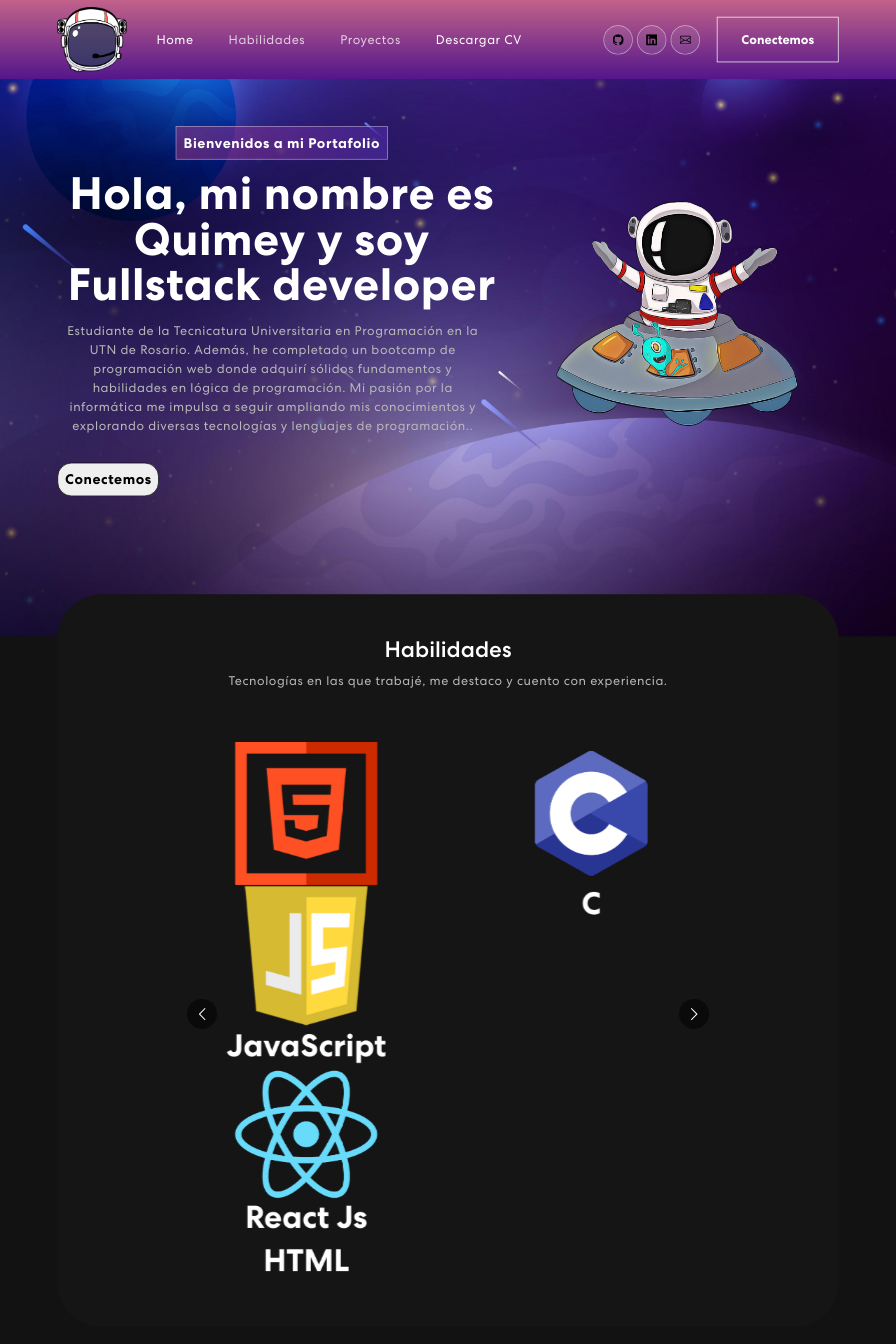
Repository: QuimeyAlejo/Portafolio-V2
Page: /
These files come from the project's save history. The page is drawn as it stood at one moment and after the next save; the edit follows.
The browser window is 1280 px wide. The pictures show the part of the page from y = 0 to 1920 px (the page is 3682 px tall before and 3204 px after), at 70% of full size.
The project was rebuilt for these pictures with package versions that can differ from the ones it lists, and the page was loaded fresh each time. Imported but missing from the stored project, and not drawn on this page: src/components/Curriculum/QuimeyAlejoLopezDeveloper.pdf.

Above is the page before, as saved 2024-04-29 11:00:47.

### public/index.html
<!DOCTYPE html>
<html lang="en">
  <head>
    <meta charset="utf-8" />
    <link rel="icon" href="/gsd.png" />
    <meta name="viewport" content="width=device-width, initial-scale=1" />
    <meta name="theme-color" content="#000000" />
    <meta
      name="description"
      content="Web site created using create-react-app"
    />
    <link rel="apple-touch-icon" href="/gsd.png" />
    <!--
      manifest.json provides metadata used when your web app is installed on a
      user's mobile device or desktop. See https://developers.google.com/web/fundamentals/web-app-manifest/
    -->
    <link rel="manifest" href="%PUBLIC_URL%/manifest.json" />
    <!--
      Notice the use of %PUBLIC_URL% in the tags above.
      It will be replaced with the URL of the `public` folder during the build.
      Only files inside the `public` folder can be referenced from the HTML.

      Unlike "/favicon.ico" or "favicon.ico", "%PUBLIC_URL%/favicon.ico" will
      work correctly both with client-side routing and a non-root public URL.
      Learn how to configure a non-root public URL by running `npm run build`.
    -->
    <title>Quimey Alejo Lopez</title>
  </head>
  <body>
    <noscript>You need to enable JavaScript to run this app.</noscript>
    <div id="root"></div>
    <!--
      This HTML file is a template.
      If you open it directly in the browser, you will see an empty page.

      You can add webfonts, meta tags, or analytics to this file.
      The build step will place the bundled scripts into the <body> tag.

      To begin the development, run `npm start` or `yarn start`.
      To create a production bundle, use `npm run build` or `yarn build`.
    -->
  </body>
</html>

### src/pages/Home.jsx
import React from 'react'
import NavBar from '../components/NavBar/NavBar'
import Banner from '../components/Banner/Banner'
import Skills from '../components/Skills/Skills'
import Projects from '../components/Projects/Projects'
import Contact from '../components/Contact/Contact'
import Footer from '../components/Footer/Footer'

function Home() {
  return (
    <div>
        <NavBar/>
        <Banner />
        <Skills />
        <Projects />
        <Contact />
        <Footer />
    </div>
  )
}

export default Home

### src/components/NavBar/NavBar.jsx
import React, {useState, useEffect} from 'react';
import Container from 'react-bootstrap/Container';
import Nav from 'react-bootstrap/Nav';
import Navbar from 'react-bootstrap/Navbar';
import logo from '../../assets/img/logo.png';
import logogith from '../../assets/img/github.svg'
import logolink from '../../assets/img/linkedin.svg'
import logomail from '../../assets/img/envelope.svg'
import CV from '../Curriculum/QuimeyAlejoLopezDeveloper.pdf'



function NavBar() {

    const [activeLink, setActiveLink] = useState('home');
    const [scrolled, setScrolled] = useState(false)

    useEffect(() => {
        if (window.scrollY > 50) {
            setScrolled(true)
        }else{
            setScrolled(false)
        }

        window.addEventListener('scroll', onscroll)
        return () => window.removeEventListener('scroll', onscroll)
    }, [])

    const onUpdateActiveLink = (value) => {
        setActiveLink(value);
    }

  return (
    <Navbar expand="lg" className={scrolled ? 'scrolled' : '' }>
      <Container>
        <Navbar.Brand href="#home">
            <img className='imgLogo' src={logo} alt='logo'/>
        </Navbar.Brand>
        <Navbar.Toggle aria-controls="basic-navbar-nav">
            <span className='navbar-toggler-icon'></span>
        </Navbar.Toggle>
        <Navbar.Collapse id="basic-navbar-nav">
          <Nav className="me-auto">
          <Nav.Link href="#home" className={activeLink === 'home' ? 'active navbar-link' : 'navbar-link'} onClick={() => onUpdateActiveLink('home')}>Home</Nav.Link>
            <Nav.Link href="#skills" className={activeLink === 'skills' ? 'active navbar-link' : 'navbar-link'} onClick={() => onUpdateActiveLink('skills')}>Habilidades</Nav.Link>
            <Nav.Link href="#projects" className={activeLink === 'projects' ? 'active navbar-link' : 'navbar-link'} onClick={() => onUpdateActiveLink('projects')}>Proyectos</Nav.Link>

           <Nav.Link href={CV} download className={activeLink === 'home' ? 'active navbar-link' : 'navbar-link'}>Descargar CV</Nav.Link>
          </Nav>
          <span className="navbar-text">
            <div className="social-icon">
                <a href='https://github.com/QuimeyAlejo'><img src={logogith} alt='logogit'/></a>
                <a href='https://www.linkedin.com/in/quimey-alejo-lopez-199431202/'><img src={logolink} alt='logolinked'/></a>
                <a href='mailto:qalopez2000@gmail.com'><img src={logomail} alt="logomail" /></a>
            </div>
            <a href='mailto:qalopez2000@gmail.com'><button className='vvd'><span>Conectemos</span></button></a>
          </span>
        </Navbar.Collapse>
      </Container>
    </Navbar>
  )
}

export default NavBar

### src/components/Banner/Banner.jsx
import React, { useState, useEffect } from "react";
import { Col, Container, Row } from "react-bootstrap";
import Aos from "aos";
import "aos/dist/aos.css";
import headerImg from "../../assets/img/astronauta4.png";
import styles from "./banner.module.css";

function Banner() {
  const [loopNum, setLoopNum] = useState(0);
  const [isDeleting, setIsDeleting] = useState(false);
  const [text, setText] = useState("");
  const [delta, setDelta] = useState(300 - Math.random() * 100);
  const toRotate = ["Fullstack developer"];
  const period = 2000;

  useEffect(() => {
    let ticker = setInterval(() => {
      tick();
    }, delta);

    return () => {
      clearInterval(ticker);
    };
  }, [text]);

  function tick() {
    let i = loopNum % toRotate.length;
    let fullText = toRotate[i];
    let updatedText = isDeleting
      ? fullText.substring(0, text.length - 1)
      : fullText.substring(0, text.length + 1);

    setText(updatedText);

    if (isDeleting) {
      setDelta((prevDelta) => prevDelta / 2);
    }

    if (!isDeleting && updatedText === fullText) {
      setIsDeleting(true);
      setDelta(period);
    } else if (isDeleting && updatedText === "") {
      setIsDeleting(false);
      setLoopNum(loopNum + 1);
      setDelta(500);
    }
  }

  useEffect(() => {
    Aos.init({ duration: 1000 });
  }, []);

  return (
    <section className={styles.banner} id="home">
      <Container>
        <Row className="align-items-center">
          <Col xs={12} md={6} xl={7}>
            <div className="" data-aos="fade-right">
              <span className={styles.tagline}>
                Bienvenidos a mi Portafolio
              </span>
              <h1>
                {"Hola, mi nombre es Quimey y soy "}
                <span className={styles.wrap}>{text}</span>
              </h1>
              <p>
             Estudiante de la Tecnicatura Universitaria en Programación en la UTN de Rosario. Además, he
completado un bootcamp de programación web donde adquirí sólidos fundamentos y habilidades en
lógica de programación. Mi pasión por la informática me impulsa a seguir ampliando mis
conocimientos y explorando diversas tecnologías y lenguajes de programación..{" "}
              </p>
              <a href='mailto:devquimeyalopez@gmail.com'>
                <button>Conectemos</button>
              </a>
            </div>
          </Col>
          <Col xs={12} md={6} xl={5}>
            <div className="" data-aos="fade-left">
              <img
                className={styles.imgBanner}
                src={headerImg}
                alt="Headder Img"
              />
            </div>
          </Col>
        </Row>
      </Container>
    </section>
  );
}

export default Banner;

### src/components/Skills/Skills.jsx
import React from 'react'
import styles from './skills.module.css'
import { Container, Row, Col } from 'react-bootstrap';
import Carousel from 'react-multi-carousel';
import logohtml from '../../assets/img/html.png'
import logocss from '../../assets/img/css.png'
import logojs from '../../assets/img/javascript.png'
import logoreact from '../../assets/img/react.png'
import logoredux from '../../assets/img/redux.png'
import logobootstrap from '../../assets/img/bootstrap.png'
import logonode from '../../assets/img/node.png'
import logoexpress from '../../assets/img/express.png'
import logopost from '../../assets/img/postgresql.png'
import logoseq from '../../assets/img/sequelize.png'
import colorSharp from '../../assets/img/color-sharp.png'
import logoC from "../../assets/img/C.png"

function Skills() {
    const responsive = {
        superLargeDesktop: {
          // the naming can be any, depends on you.
          breakpoint: { max: 4000, min: 3000 },
          items: 5
        },
        desktop: {
          breakpoint: { max: 3000, min: 1024 },
          items: 3
        },
        tablet: {
          breakpoint: { max: 1024, min: 464 },
          items: 2
        },
        mobile: {
          breakpoint: { max: 464, min: 0 },
          items: 1
        }
      };
  return (
    <section className={styles.skill} id='skills'>
        <Container>
            <Row>
                <Col>
                    <div className={styles.skillbx}>
                        <h2>
                            Habilidades
                        </h2>
                        <p>Tecnologías en las que trabajé, me destaco y cuento con experiencia.</p>
                        <Carousel responsive={responsive} infinite={true} className={styles.skillSlider}>
                            <div className={styles.image}>
                                <img className={styles.imgCar} src={logohtml} alt="logo html" />
                            <div className={styles.image}>
                                <img className={styles.imgCar} src={logojs} alt="logo js" />
                                <h5>JavaScript</h5>
                            </div>
                            <div className={styles.image}>
                                <img className={styles.imgCar} src={logoreact} alt="logo react" />
                                <h5>React Js</h5>
                            </div>
                                <h5>HTML</h5>
                            </div>
                            <div className={styles.image}>
                                <img className={styles.imgCar} src={logoC} alt="logo html" />
                                <h5>C</h5>
                            </div>
                            <div className={styles.image}>
                                <img className={styles.imgCar} src={logocss} alt="logo css" />
                                <h5>CSS</h5>
                            </div>
                            <div className={styles.image}>
                                <img className={styles.imgCar} src={logoreact} alt="logo react" />
                                <h5>React Js</h5>
                            </div>
                            <div className={styles.image}>
                                <img className={styles.imgCar} src={logoredux} alt="logo redux" />
                                <h5>Redux</h5>
                            </div>
                            <div className={styles.image}>
                                <img className={styles.imgCar} src={logobootstrap} alt="logo bootstrap" />
                                <h5>Bootstrap</h5>
                            </div>

                            <div className={styles.image}>
                                <img className={styles.imgCar} src={logoexpress} alt="logo express" />
                                <h5>Express Js</h5>
                            </div>
                            <div className={styles.image}>
                                <img className={styles.imgCar} src={logopost} alt="logo postgresql" />
                                <h5>PostgreSQL</h5>
                            </div>
                            <div className={styles.image}>
                                <img className={styles.imgCar} src={logoseq} alt="logo sequelize" />
                                <h5>Sequelize</h5>
                            </div>
                        </Carousel>
                    </div>
                </Col>
            </Row>
        </Container>
        <img className={styles.backgroundImageLeft} src={colorSharp} alt="colorsharp" />
    </section>
  )
}

export default Skills

### src/components/Footer/Footer.jsx
import React from 'react';
import { Col, Container, Row } from 'react-bootstrap';
import logo from '../../assets/img/logo.png';
import logogith from '../../assets/img/github.svg';
import logolink from '../../assets/img/linkedin.svg';
import logomail from '../../assets/img/envelope.svg'
import './footer.css'


function Footer() {
  return (
    <footer className='footer'>
        <Container>
            <Row className='align-item-center'>
                <Col sm={6}>
                    <img className='imgLogo' src={logo} alt="logo footer" />
                </Col>
                <Col sm={6} className='text-center text-sm-end'>
                    <div className='social-icon'>
                        <a href='https://github.com/QuimeyAlejo'> <img src={logogith} alt="logo gith" /> </a>
                        <a href='https://www.linkedin.com/in/quimey-alejo-lopez-199431202/'> <img src={logolink} alt="logo link" /> </a>
                        <a href='devquimeyalopez@gmail.com'><img src={logomail} alt="logomail" /></a>
                    </div>
                    <p>CopyRight 2024. All Right Reserved</p>
                </Col>
            </Row>
        </Container>
    </footer>
  )
}

export default Footer

### src/components/Banner/banner.module.css
.imgBanner{
    width: 100%;
}
.banner{
    margin-top: -80px;
    padding: 260px 0 200px 0;
    background-image: url(../../assets/img/5437630.jpg);
    /* background-image: url(../../assets/img/html.jpg); */
    background-position: top center;
    background-size: cover;
    background-repeat: no-repeat;
}
.banner .tagline {
    font-weight: 700;
    letter-spacing: 0.8px;
    padding: 8px 10px;
    background: linear-gradient(90.21deg, rgba(170, 54, 124, 0.5) -5.91%, rgba(74, 47, 189, 0.5) 111.58%);
    border: 1px solid rgba(255, 255, 255, 0.5);
    font-size: 20px;
    margin-bottom: 16px;
    display: inline-block;
}
.banner h1 {
    font-size: 65px;
    font-weight: 700;
    letter-spacing: 0.8px;
    line-height: 1;
    margin-bottom: 20px;
    display: block;
}
.banner p {
    color: #b8b8b8;
    font-size: 18px;
    letter-spacing: 0.8px;
    line-height: 1.5em;
    width: 96%;
}
.banner button {
    /* color: #fff; */
    font-weight: 700;
    font-size: 20px;
    padding: 8px 10px;
    border: 1px solid black;
    border-radius: 20px;
    margin-top: 40px;
    letter-spacing: 0.8px;
    display: flex;
    align-items: center;
}
.banner a {
    text-decoration: none;
}
.banner button svg {
    margin-left: 5px;
}
.banner button:hover svg {
    margin-left: 25px;
}
.banner img {
    animation: updown 3s linear infinite;
}
@keyframes updown {
    0% {
        transform: translateY(-20px);
    }
    50% {
        transform: translateY(20px);
    }
    100% {
        transform: translateY(-20px);
    }
}
.txt-rotate > .wrap {
    border-right: 0.08em solid #666;
}

### src/components/Skills/skills.module.css
.skill {
    padding: 0 0 50px 0;
    position: relative;
}
.skillbx {
    background: #151515;
    border-radius: 64px;
    text-align: center;
    padding: 60px 50px;
    margin-top: -60px;
}
.skill h5 {
    font-size: 45px;
    font-weight: 700;
}
.skill p {
    color: #b8b8b8;
    font-size: 18px;
    letter-spacing: 0.8px;
    line-height: 1.5rem;
    margin: 14px 0 75px 0;
}
.skillSlider {
    width: 80%;
    margin: 0 auto;
    position: relative;
}
.skillSlider .item img{
    width: 50%;
    margin: 0 auto 15px auto;
}
.imgCar {
    width: 50%;
}
.backgroundImageLeft {
    top: 28%;
    position: absolute;
    bottom: 0;
    width: 40%;
    z-index: -4;
}

### src/components/Contact/contact.css
.contact {
  background: linear-gradient(90.21deg, #aa367c -5.91%, #4a2fbd 111.58%);
  padding: 100px 0 200px 0;
}
.contact img {
  width: 92%;
}
.contact h2 {
  font-size: 45px;
  font-weight: 700;
  margin-bottom: 30px;
}
.contact form input,
.contact form textarea {
  width: 100%;
  background: rgba(255, 255, 255, 0.1);
  border: 1px solid rgba(255, 255, 255, 0.5);
  border-radius: 20px;
  color: #fff;
  margin: 0 0 8px 0;
  padding: 18px 26px;
  font-weight: 500;
  font-size: 18px;
  letter-spacing: 0.8px;
  transition: 0.3s ease-in-out;
}
.containerInput {
    display: flex;
}
#inputEm {
    width: 96%;
    margin-left: 2%;
}
.contact form input:focus,
.contact form textarea:focus {
  background: rgba(255, 255, 255, 1);
  color: #121212;
}
.contact form input::placeholder,
.contact form textarea::placeholder {
  font-size: 16px;
  font-weight: 400;
  color: #fff;
}
.contact form input:focus::placeholder,
.contact form textarea:focus::placeholder {
  color: #121212;
  opacity: 0.8;
}
.contact form button {
  font-weight: 700;
  color: #000;
  background-color: #fff;
  padding: 14px 48px;
  font-size: 18px;
  margin-top: 25px;
  border-radius: 0;
  position: relative;
  transition: 0.3s ease-in-out;
  border-radius: 18px;
}
.contact form button span {
    z-index: 1;
    position: relative;
}
.contact form button:hover {
    color: #fff;
    border-radius: 18px;
}
.contact form button::before {
    content: "";
    background: #121212;
    width: 0;
    height: 100%;
    position: absolute;
    top: 0;
    left: 0;
    z-index: 0;
    transition: 0.3s ease-in-out;
    border-radius: 18px;
  }
  .contact form button:hover::before {
    width: 100%;
    border-radius: 18px;
  }

### src/components/Footer/footer.css
.footer {
    padding: 50px 0 50px 0;
    background-image: url(../../assets/img/footerbg.png);
    background-position: center center;
    background-size: cover;
    background-repeat: no-repeat;
}
.footer img {
    width: 26%;
}
.footer p {
    font-weight: 400;
    font-size: 14px;
    color: #b8b8b8;
    letter-spacing: 0.5px;
    margin-top: 20px;
}

Loaded but not shown: src/index.js (common file); src/index.css (common file); src/reportWebVitals.js (common file); src/App.js (14 lines, source omitted); src/components/Projects/Projects.jsx (140 lines, source omitted); src/App.css (246 lines, source omitted); src/components/Contact/Contact.jsx (144 lines, source omitted); src/components/Projects/projects.module.css (144 lines, source omitted)

After the next save:
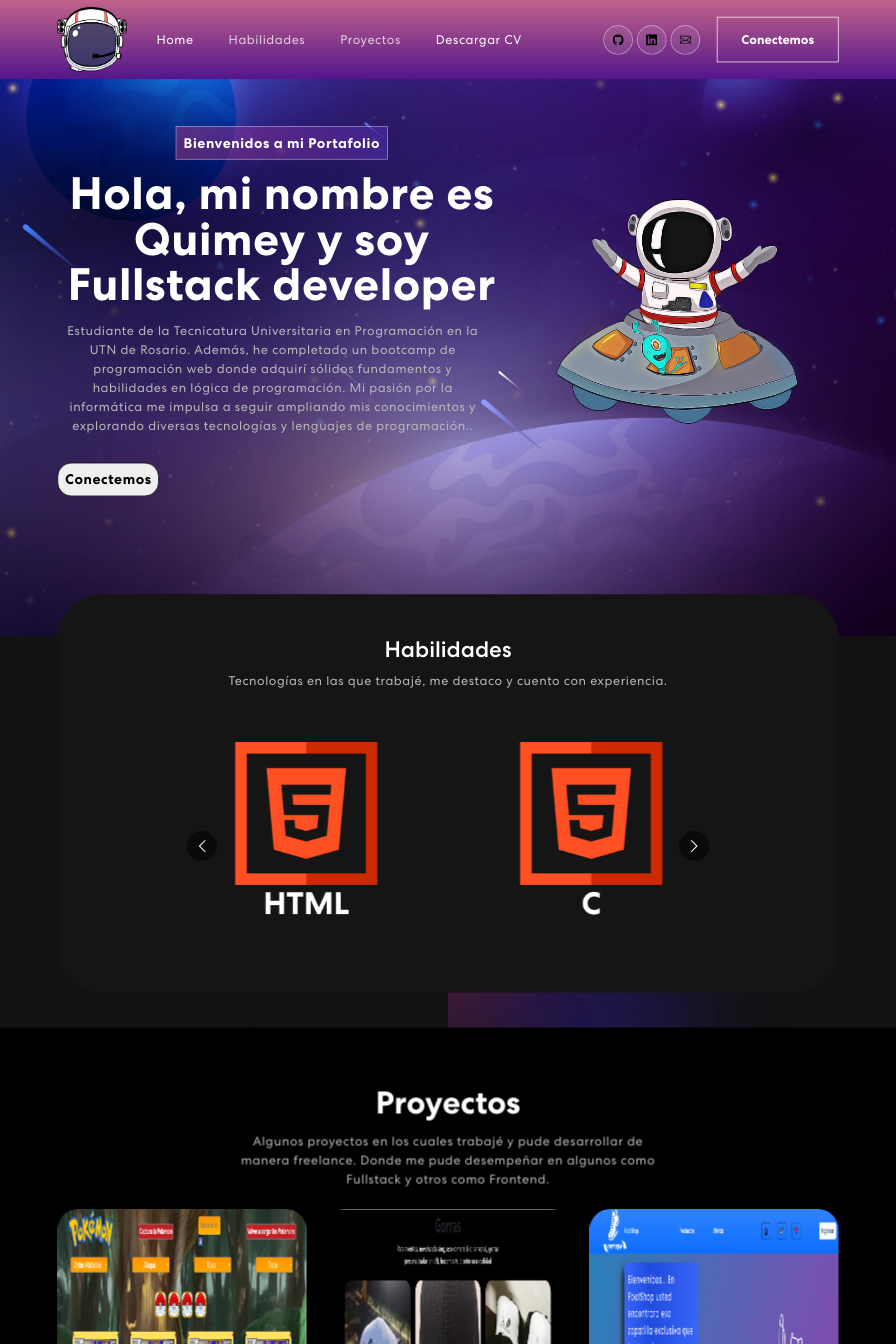
Saved 15 s later.
--- a/src/components/Skills/Skills.jsx
+++ b/src/components/Skills/Skills.jsx
@@ -48,23 +48,19 @@
                         <Carousel responsive={responsive} infinite={true} className={styles.skillSlider}>
                             <div className={styles.image}>
                                 <img className={styles.imgCar} src={logohtml} alt="logo html" />
-                            <div className={styles.image}>
-                                <img className={styles.imgCar} src={logojs} alt="logo js" />
-                                <h5>JavaScript</h5>
-                            </div>
-                            <div className={styles.image}>
-                                <img className={styles.imgCar} src={logoreact} alt="logo react" />
-                                <h5>React Js</h5>
-                            </div>
                                 <h5>HTML</h5>
                             </div>
                             <div className={styles.image}>
-                                <img className={styles.imgCar} src={logoC} alt="logo html" />
+                                <img className={styles.imgCar} src={logohtml} alt="logo html" />
                                 <h5>C</h5>
                             </div>
                             <div className={styles.image}>
                                 <img className={styles.imgCar} src={logocss} alt="logo css" />
                                 <h5>CSS</h5>
+                            </div>
+                            <div className={styles.image}>
+                                <img className={styles.imgCar} src={logojs} alt="logo js" />
+                                <h5>JavaScript</h5>
                             </div>
                             <div className={styles.image}>
                                 <img className={styles.imgCar} src={logoreact} alt="logo react" />
@@ -78,7 +74,10 @@
                                 <img className={styles.imgCar} src={logobootstrap} alt="logo bootstrap" />
                                 <h5>Bootstrap</h5>
                             </div>
-
+                            <div className={styles.image}>
+                                <img className={styles.imgCar} src={logonode} alt="logo node" />
+                                <h5>Node Js</h5>
+                            </div>
                             <div className={styles.image}>
                                 <img className={styles.imgCar} src={logoexpress} alt="logo express" />
                                 <h5>Express Js</h5>
